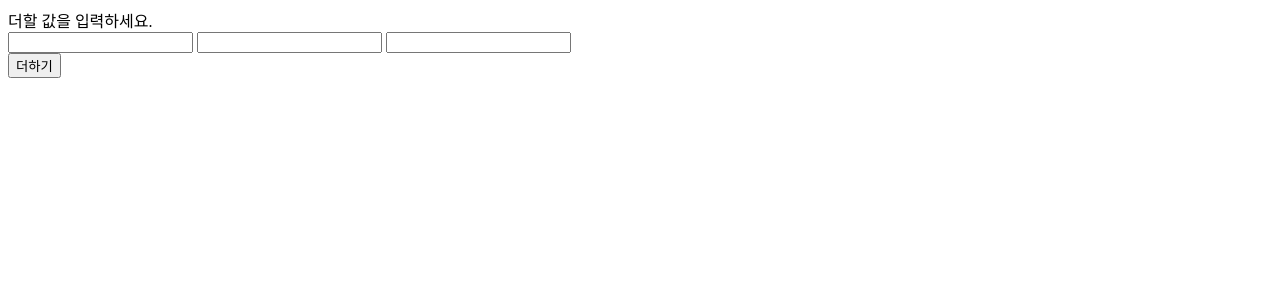
Repository: jocod98/servlet-jsp
Page: JSPPrj/src/main/webapps/add.html
These files come from the project's save history. The page is drawn as it stood at one moment and after the next save; the edit follows.
The browser window is 1280 px wide. The pictures show the whole page.

Above is the page before, as saved 2023-01-10 06:35:19.

After the next save:
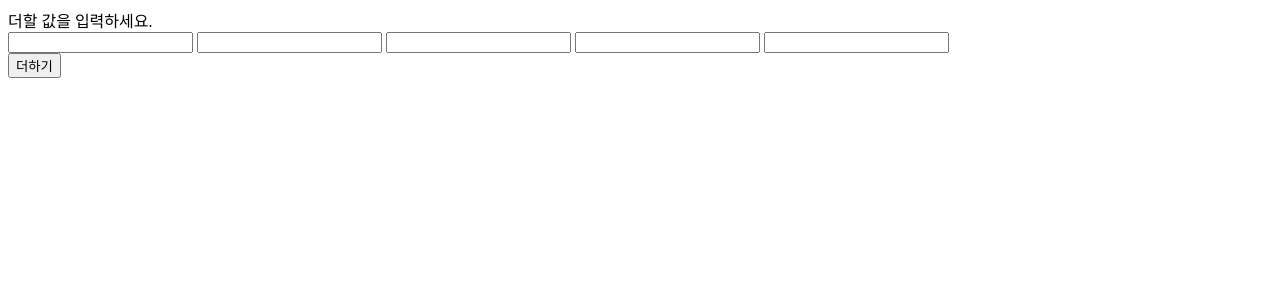
Saved 19 s later.
--- a/JSPPrj/src/main/webapps/add.html
+++ b/JSPPrj/src/main/webapps/add.html
@@ -14,6 +14,8 @@
 		<input type ="text" name = "num" />
 		<input type ="text" name = "num" />
 		<input type ="text" name = "num" />
+		<input type ="text" name = "num" />
+		<input type ="text" name = "num" />
 	</div>
 	<div>
 		<input type = "submit" value ="더하기"/>
